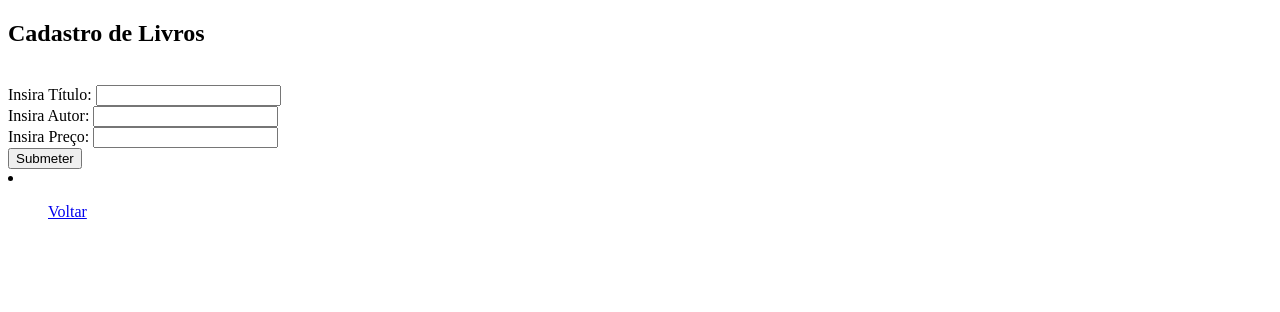
Repository: vpanarello/EJB
Page: http://localhost/03_LivrosWeb/cadastro.jsp
These files come from the project's save history. The page is drawn as it stood at one moment and after the next save; the edit follows.
The browser window is 1280 px wide. The pictures show the whole page.
The page is served by Tomcat 9. Other server files are loaded and not shown.

Above is the page before, as saved 2016-08-20 14:09:07.

### 03_LivrosWeb/WebContent/cadastro.jsp
<%@ page language="java" contentType="text/html; charset=ISO-8859-1"
	pageEncoding="ISO-8859-1"%>
<%@ taglib uri="http://java.sun.com/jsp/jstl/core" prefix="c"%>
<!DOCTYPE html PUBLIC "-//W3C//DTD HTML 4.01 Transitional//EN"
"http://www.w3.org/TR/html4/loose.dtd">
<html>
<head>
<meta http-equiv="Content-Type" content="text/html; charset=ISO-8859-1">
<title>Insert title here</title>
</head>
<body>
	<form action="cadastro-livros" >

		<h2>Cadastro de Livros</h2><br>
		<label>Insira Título:</label>
		<input type="text" name="titulo"><br>
		<label>Insira Autor:</label>
		<input type="text" name="titulo"><br>
		<label>Insira Preço:</label>
		<input type="text" name="titulo"> <br>
		<input type="submit" name="submeter" value="Submeter">


	</form>

		<li>
		<ul><a href="livros">Voltar</a></ul>
	</li>

</body>
</html>

After the next save:
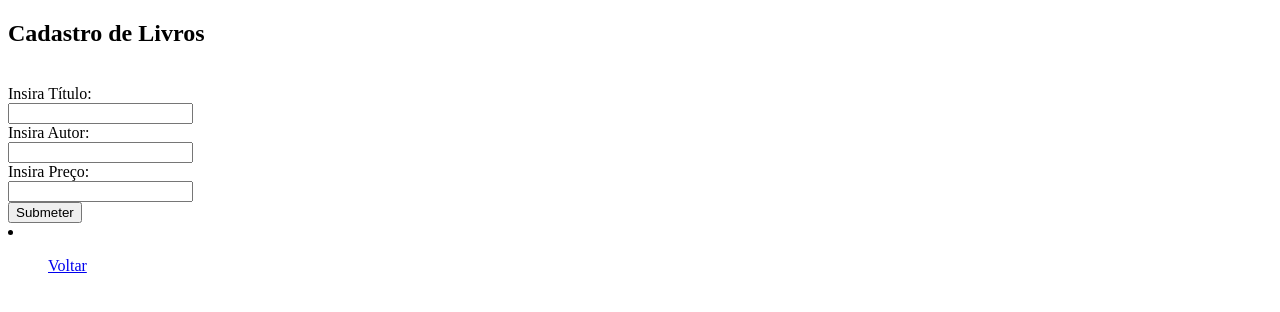
Saved 33 s later.
--- a/03_LivrosWeb/WebContent/cadastro.jsp
+++ b/03_LivrosWeb/WebContent/cadastro.jsp
@@ -12,11 +12,11 @@
 	<form action="cadastro-livros" >
 
 		<h2>Cadastro de Livros</h2><br>
-		<label>Insira Título:</label>
+		<label>Insira Título:</label><br>
 		<input type="text" name="titulo"><br>
-		<label>Insira Autor:</label>
+		<label>Insira Autor:</label><br>
 		<input type="text" name="titulo"><br>
-		<label>Insira Preço:</label>
+		<label>Insira Preço:</label><br>
 		<input type="text" name="titulo"> <br>
 		<input type="submit" name="submeter" value="Submeter">
 
